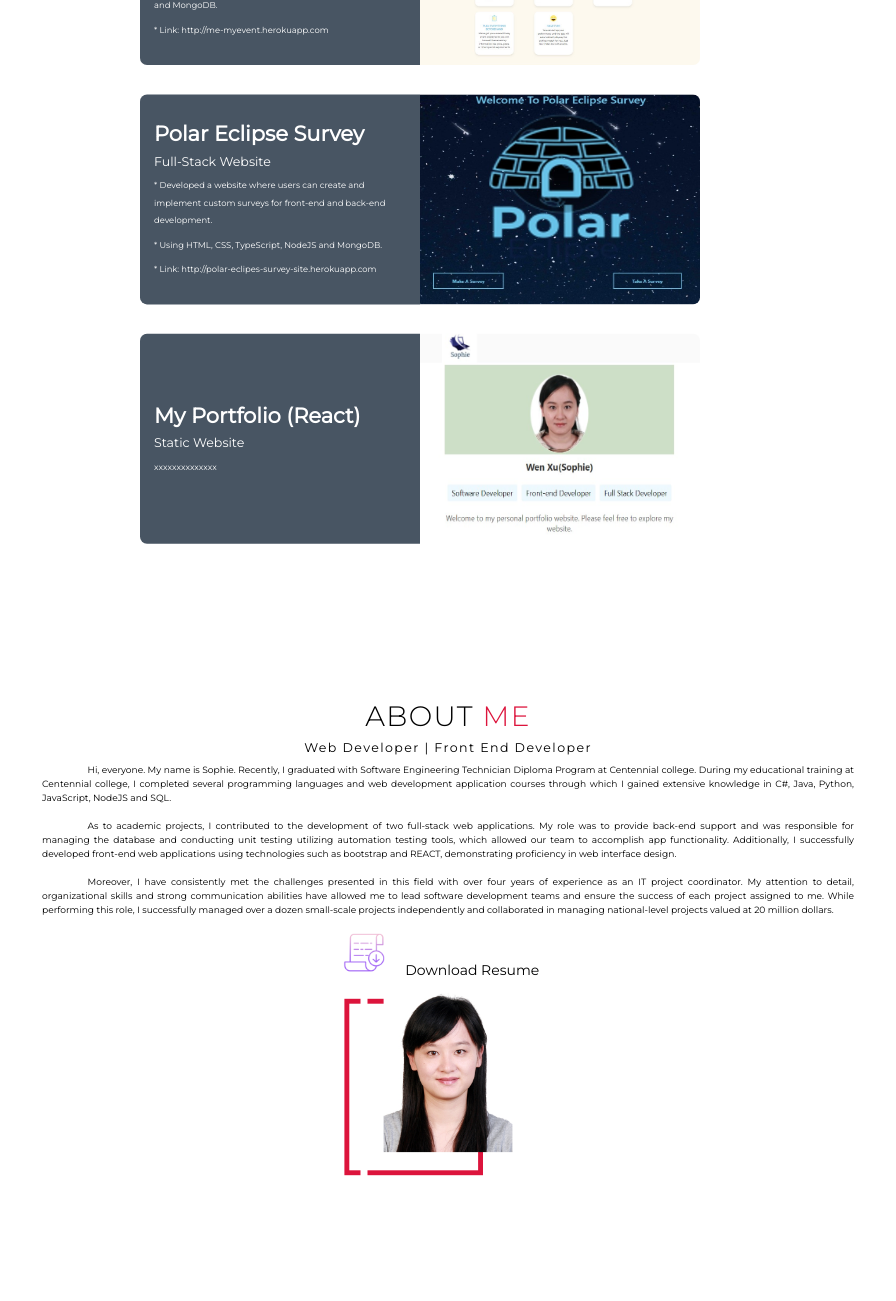
Repository: wenxi0504/StaticWebsite_Profolio
Page: index.html
The author's editor kept a copy of each file at every save. The page is drawn from the files as they stood at one save, then again after the next save.
The browser window is 1280 px wide. The pictures show the part of the page from y = 1147 to 3067 px (the page is 3005 px tall before and 3067 px after), at 70% of full size.

Above is the page before, as saved 2022-03-04 23:01:40.

After the next save:
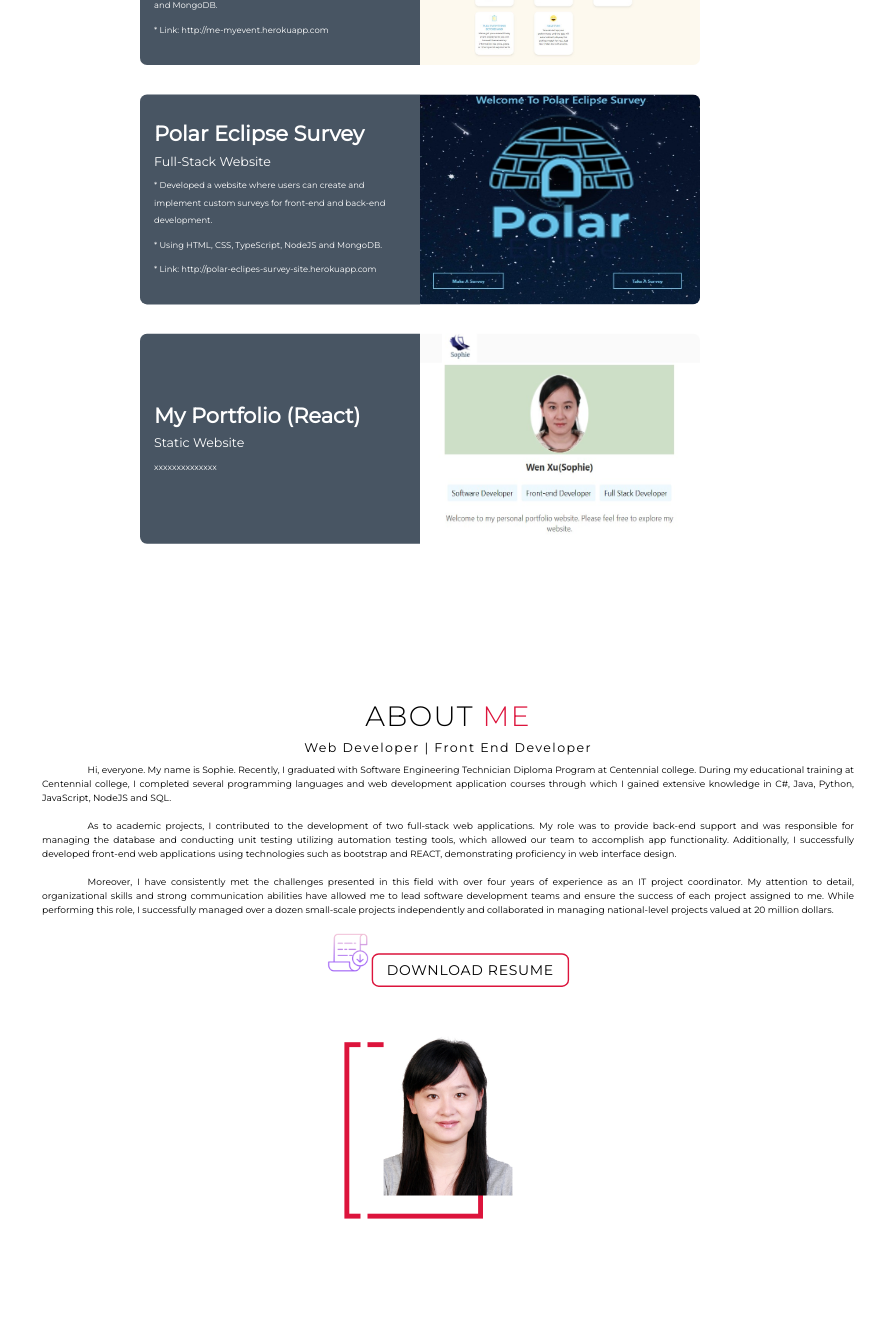
Saved 71 s later.
--- a/style.css
+++ b/style.css
@@ -96,7 +96,7 @@ animation-delay:0.5s
 	animation-delay: 1.5s;
 } */
 
-#myIntro .cta {
+.cta {
   display: inline-block;
   padding: 1rem 1rem;
   color: white;
